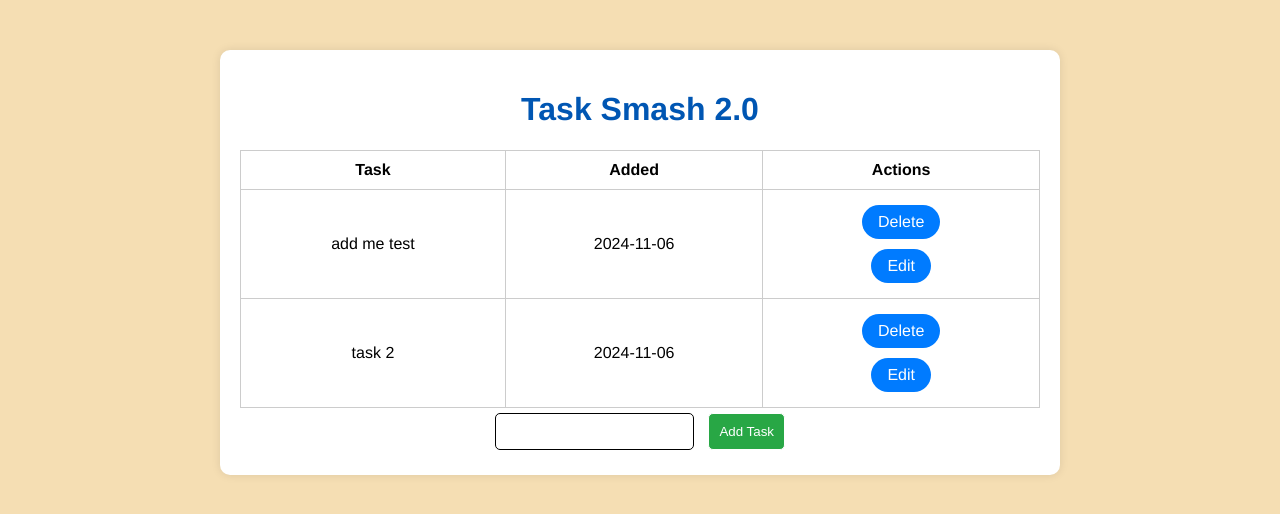
Repository: froztty/Flask-APP-CRUD
Page: http://localhost/
An editor plug-in stored every save of this project. The page is shown before and after the next save, followed by the edit.
The browser window is 1280 px wide. The pictures show the whole page.
The page is served by the project's application, run on Flask 3 (app.py). The page reads the database file committed with the project.

Above is the page before, as saved 2024-11-05 21:38:12.

After the next save:
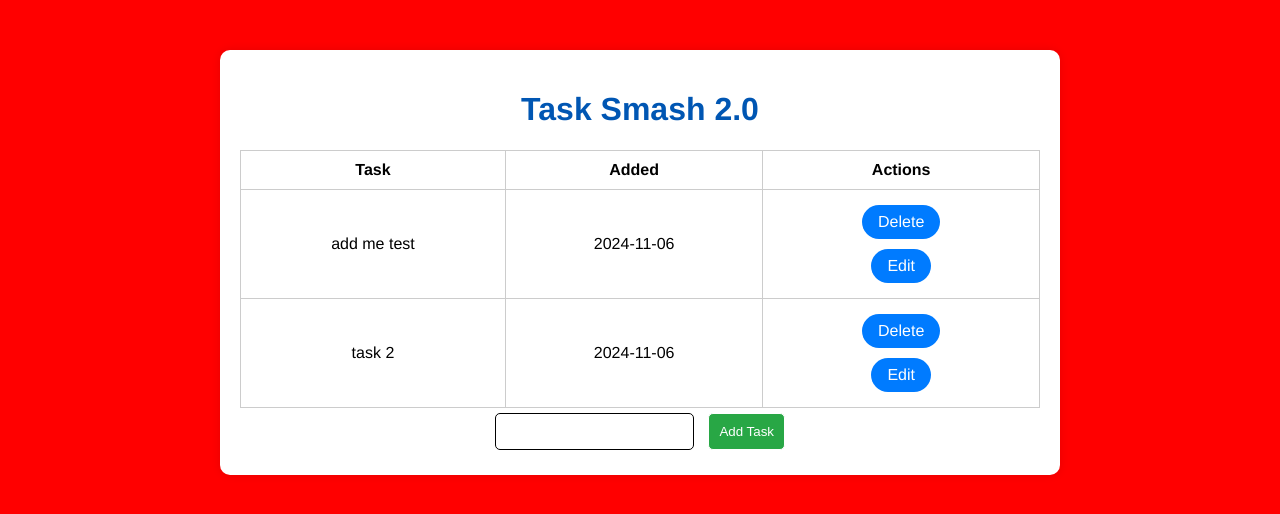
Saved 94 s later.
--- a/static/styles.css
+++ b/static/styles.css
@@ -2,7 +2,7 @@
   font-family: "Franklin Gothic Medium", "Arial Narrow", Arial, sans-serif;
   margin: 0;
   padding: 0;
-  background-color: wheat;
+  background-color: red;
 }
 
 .content {
@@ -59,4 +59,4 @@
 }
 .content #btn_add:hover {
   background-color: #218838;
-}/*# sourceMappingURL=styles_20241105213812.css.map */
+}/*# sourceMappingURL=styles_20241105213946.css.map */

After the save that followed:
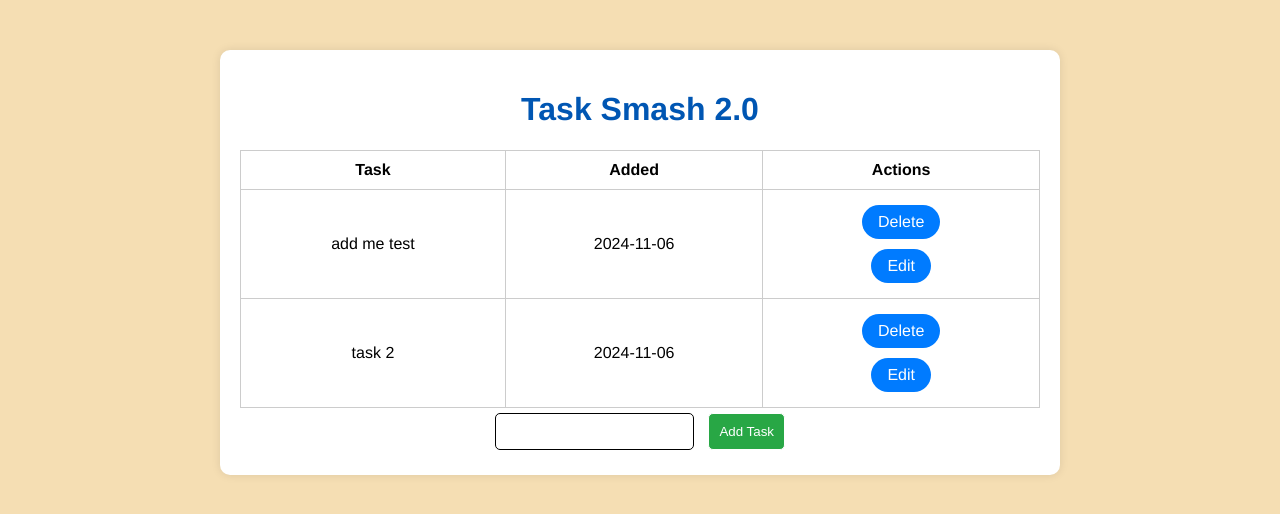
Saved 4 s later.
--- a/static/styles.css
+++ b/static/styles.css
@@ -2,7 +2,7 @@
   font-family: "Franklin Gothic Medium", "Arial Narrow", Arial, sans-serif;
   margin: 0;
   padding: 0;
-  background-color: red;
+  background-color: wheat;
 }
 
 .content {
@@ -59,4 +59,4 @@
 }
 .content #btn_add:hover {
   background-color: #218838;
-}/*# sourceMappingURL=styles_20241105213946.css.map */
+}/*# sourceMappingURL=styles_20241105213950.css.map */
